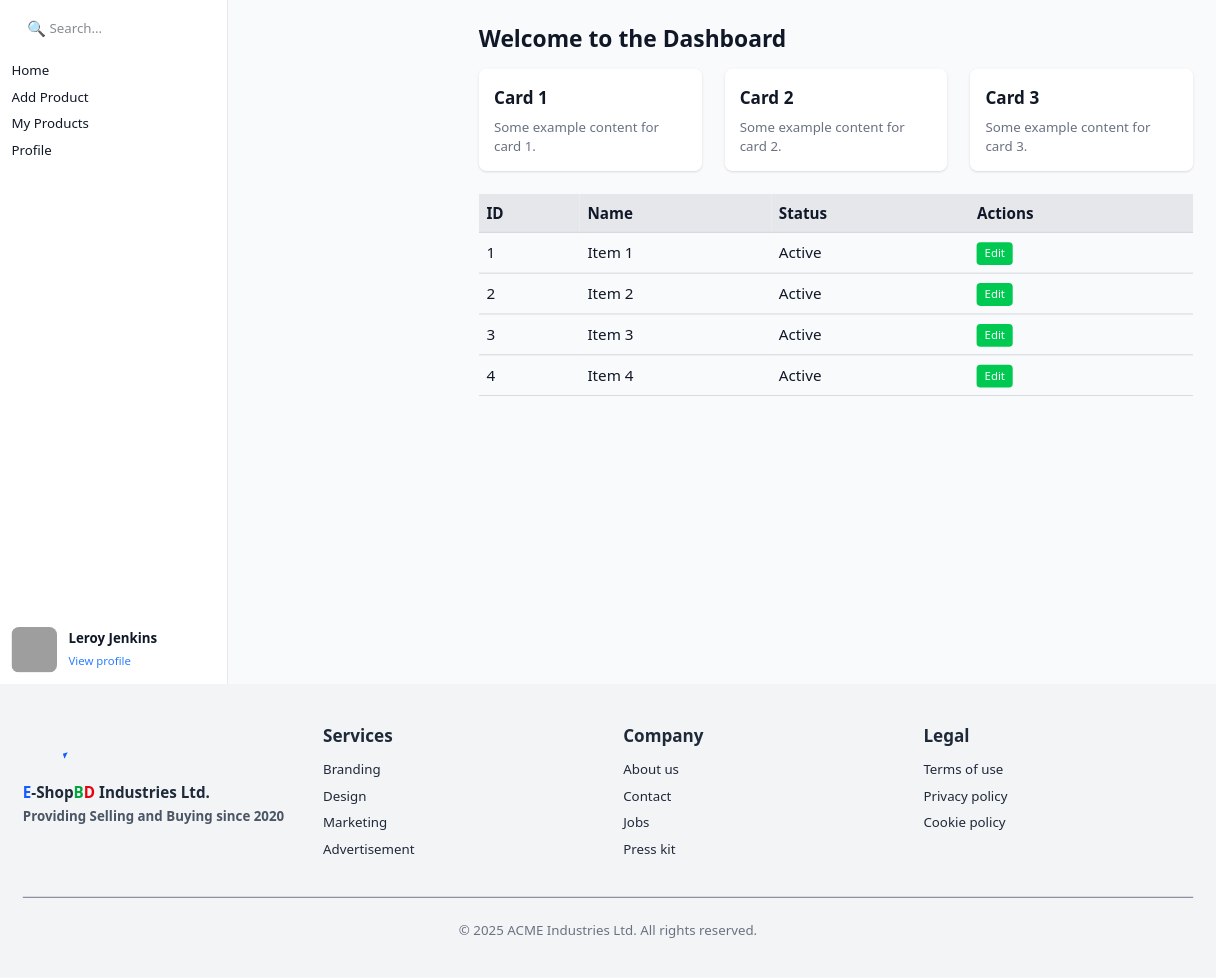
Repository: syedbayzid82849/E-shopBD
Page: /dashboard
The author's editor kept a copy of each file at every save. The page is drawn from the files as they stood at one save, then again after a run of saves.
The browser window is 1280 px wide. The pictures show the whole page, at 95% of full size.
Pictures or frames that could not be fetched are drawn as grey boxes. The project was rebuilt for these pictures with package versions that can differ from the ones it lists, and the page was loaded fresh each time. The framework's server and built-in components were replaced by stand-ins that run in the browser. Also part of the build but not shown: next.config.mjs, src/app/components/Navbar.jsx, src/app/components/NavbarWrapper.jsx.

Above is the page before, as saved 2025-08-26 16:06:43.

After the next 2 saves:
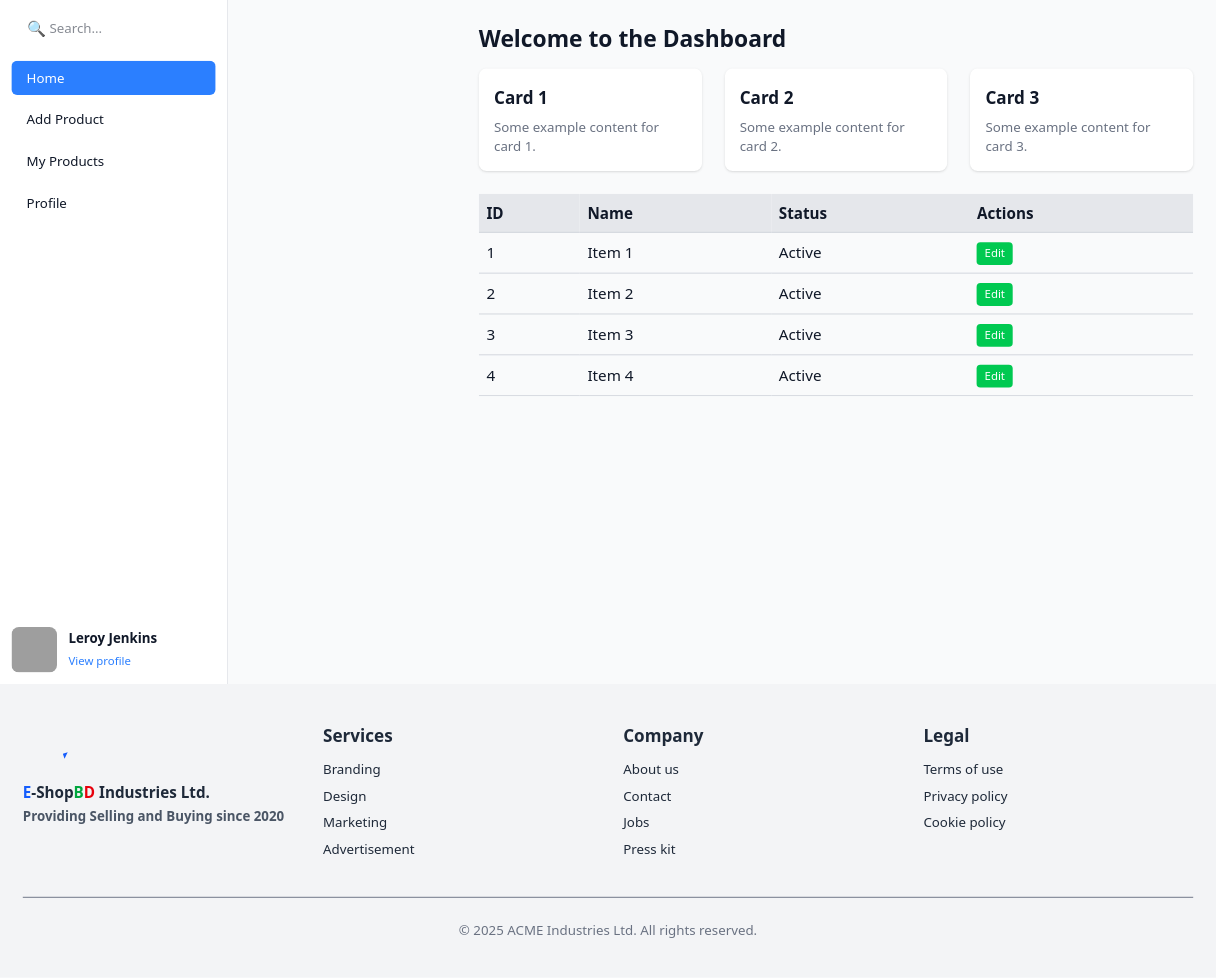
The 2 saves are shown as one change because they came seconds apart.
The last was saved 3 min 17 s later.
--- a/src/app/dashboard/page.jsx
+++ b/src/app/dashboard/page.jsx
@@ -1,8 +1,18 @@
 "use client";
 import { useState } from "react";
+import Link from "next/link";
+import { usePathname } from "next/navigation";
 
 export default function Dashboard() {
   const [sidebarOpen, setSidebarOpen] = useState(false);
+  const pathname = usePathname();
+
+  const menuItems = [
+    { name: "Home", href: "/dashboard" },
+    { name: "Add Product", href: "/dashboard/add-product" },
+    { name: "My Products", href: "/dashboard/my-products" },
+    { name: "Profile", href: "/dashboard/profile" },
+  ];
 
   return (
     <div className="flex h-screen bg-gray-50 dark:bg-gray-900 text-gray-900 dark:text-gray-100">
@@ -24,9 +34,7 @@ export default function Dashboard() {
           {/* Search */}
           <div className="relative mb-4">
             <span className="absolute inset-y-0 left-0 flex items-center pl-2">
-              <button type="submit" className="p-2 focus:outline-none focus:ring">
-                🔍
-              </button>
+              <button type="submit" className="p-2 focus:outline-none focus:ring">🔍</button>
             </span>
             <input
               type="search"
@@ -38,10 +46,20 @@ export default function Dashboard() {
           {/* Menu */}
           <div className="flex-1 overflow-y-auto">
             <ul className="space-y-2 text-sm">
-              <li><button>Home</button></li>
-              <li><button>Add Product</button></li>
-              <li><button>My Products</button></li>
-              <li><button>Profile</button></li>
+              {menuItems.map((item) => {
+                const isActive = pathname === item.href;
+                return (
+                  <li key={item.name}>
+                    <Link
+                      href={item.href}
+                      className={`block w-full text-left px-4 py-2 rounded-md hover:bg-gray-100 dark:hover:bg-gray-700 ${isActive ? "bg-blue-500 text-white dark:bg-blue-600" : ""
+                        }`}
+                    >
+                      {item.name}
+                    </Link>
+                  </li>
+                );
+              })}
             </ul>
           </div>
 
@@ -54,9 +72,7 @@ export default function Dashboard() {
             />
             <div>
               <h2 className="text-sm font-semibold">Leroy Jenkins</h2>
-              <a href="#" className="text-xs text-blue-500 hover:underline">
-                View profile
-              </a>
+              <a href="#" className="text-xs text-blue-500 hover:underline">View profile</a>
             </div>
           </div>
         </div>
